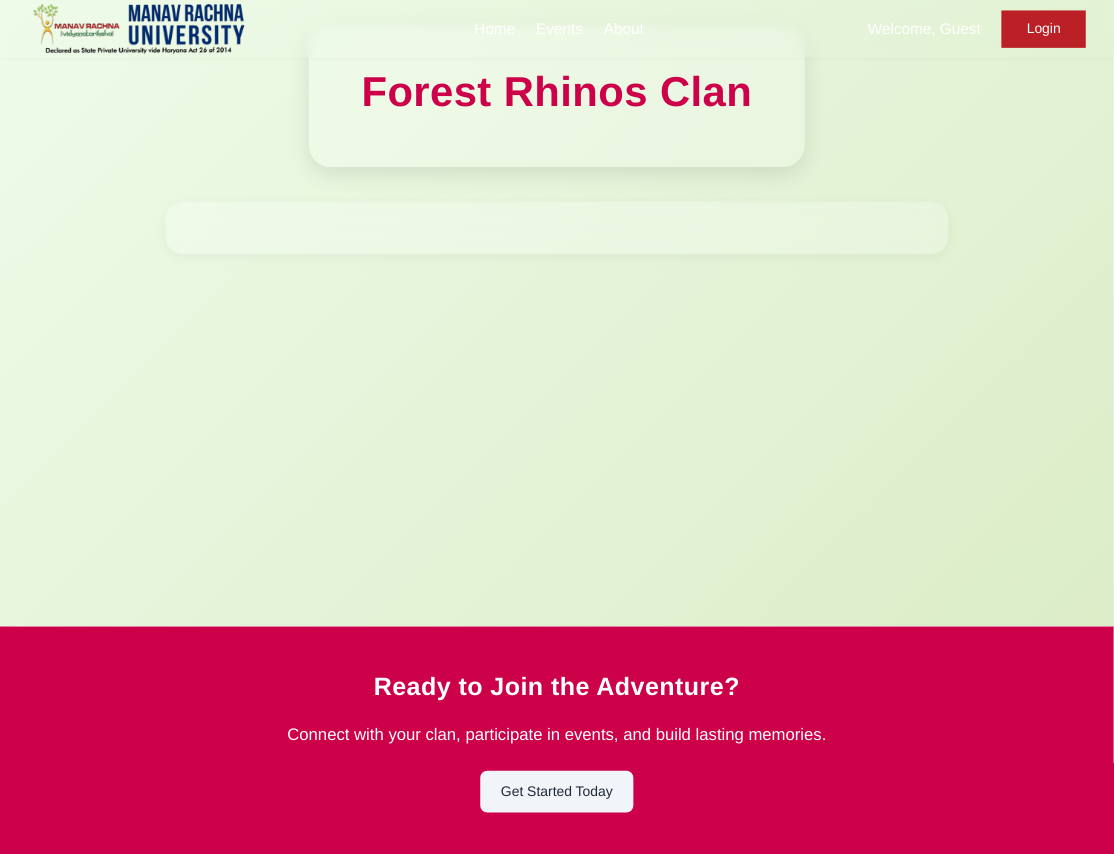
Repository: Aman-Sharma-Dev01/Clan-Event-Manager-0.1
Page: /forest-rhinos-page (app in Frontend/)
The author's editor kept a copy of each file at every save. The page is drawn from the files as they stood at one save, then again after the next save.
The browser window is 1280 px wide. The pictures show the whole page, at 87% of full size.
The page's requests for data from a server got no answer. The project was rebuilt for these pictures with package versions that can differ from the ones it lists, and the page was loaded fresh each time. No one was signed in, and anything a server would have sent is missing. Also part of the build but not shown: Frontend/vite.config.js, Frontend/src/components/Login/Login.jsx, Frontend/src/components/About/About.jsx, Frontend/src/components/Dashboard/Dashboard.jsx, Frontend/src/components/HeroSection/HeroSection.css, Frontend/src/components/HeroSection/HeroSection.jsx, Frontend/src/components/ClanLogoSection/ClanLogoSection.css, Frontend/src/components/ClanLogoSection/ClanLogoSection.jsx and 26 more.

Above is the page before, as saved 2025-07-30 10:54:11.

After the next save:
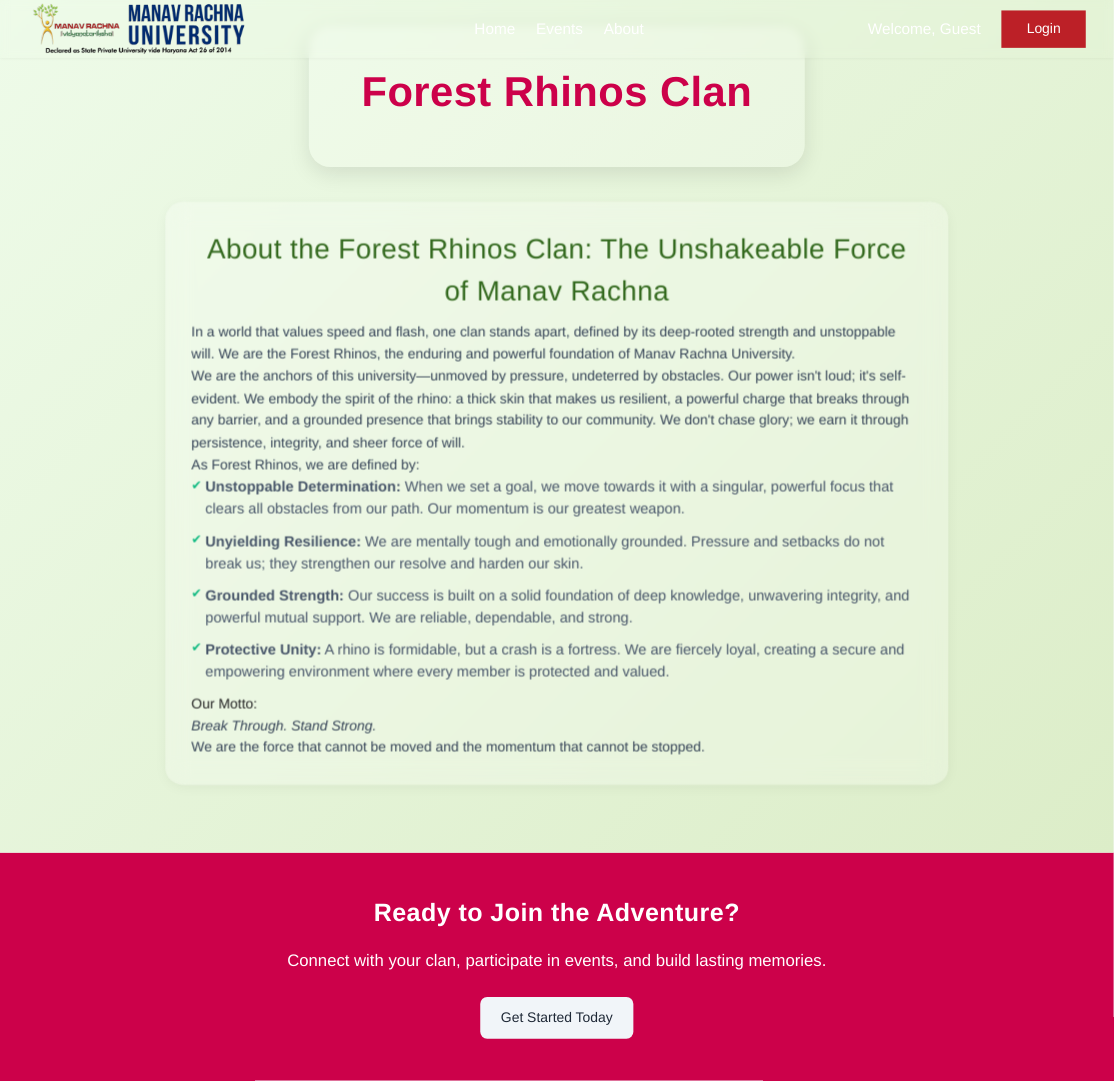
Saved 29 s later.
--- a/Frontend/src/components/KnowYourClan/ForestRhinosPage.jsx
+++ b/Frontend/src/components/KnowYourClan/ForestRhinosPage.jsx
@@ -12,7 +12,43 @@
       <div className="forest-content">
         <section className="forest-about">
 
+<h2>About the Forest Rhinos Clan: The Unshakeable Force of Manav Rachna</h2>
 
+      <p>
+        In a world that values speed and flash, one clan stands apart, defined by its deep-rooted strength and unstoppable will. We are the Forest Rhinos, the enduring and powerful foundation of Manav Rachna University.
+      </p>
+
+      <p>
+        We are the anchors of this university—unmoved by pressure, undeterred by obstacles. Our power isn't loud; it's self-evident. We embody the spirit of the rhino: a thick skin that makes us resilient, a powerful charge that breaks through any barrier, and a grounded presence that brings stability to our community. We don't chase glory; we earn it through persistence, integrity, and sheer force of will.
+      </p>
+
+      <p>
+        As Forest Rhinos, we are defined by:
+      </p>
+
+      <ul>
+        <li>
+          <strong>Unstoppable Determination:</strong> When we set a goal, we move towards it with a singular, powerful focus that clears all obstacles from our path. Our momentum is our greatest weapon.
+        </li>
+        <li>
+          <strong>Unyielding Resilience:</strong> We are mentally tough and emotionally grounded. Pressure and setbacks do not break us; they strengthen our resolve and harden our skin.
+        </li>
+        <li>
+          <strong>Grounded Strength:</strong> Our success is built on a solid foundation of deep knowledge, unwavering integrity, and powerful mutual support. We are reliable, dependable, and strong.
+        </li>
+        <li>
+          <strong>Protective Unity:</strong> A rhino is formidable, but a crash is a fortress. We are fiercely loyal, creating a secure and empowering environment where every member is protected and valued.
+        </li>
+      </ul>
+
+      <h3 className="motto-heading">Our Motto:</h3>
+      <p className="motto-text">
+        <em>Break Through. Stand Strong.</em>
+      </p>
+
+      <p>
+        We are the force that cannot be moved and the momentum that cannot be stopped.
+      </p>
 
 
         </section>
